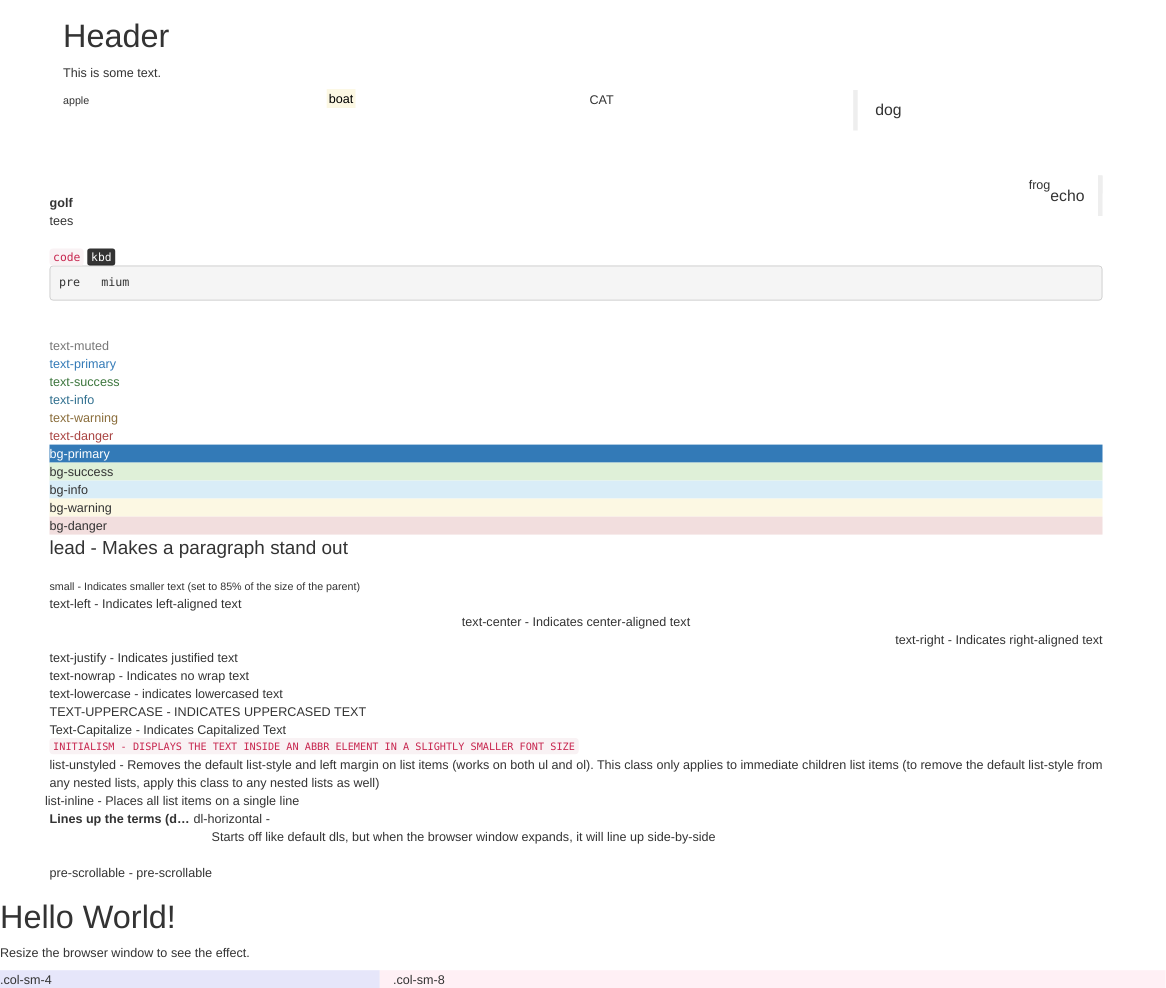
Repository: jksfoTemp/HTML5
Page: bootstrap/typography.html
The author's editor kept a record of every edit. The page is drawn from the files as they stood at one moment, then again after the next edit.
The browser window is 1280 px wide. The page is 1295 px wide, so the pictures cover 1295 px, including what lies to the right of the window. The pictures show the whole page, at 90% of full size.

Above is the page before.
Console error (its wording comes from the project's code and is left out).

### bootstrap/typography.html
<!DOCTYPE html>
<html lang="en">

<head>
    <title>Bootstrap1</title>
    <meta charset="utf-8">
    <meta name="viewport" content="width=device-width, initial-scale=1">

    <!-- Latest compiled and minified CSS -->
    <link rel="stylesheet" href="https://maxcdn.bootstrapcdn.com/bootstrap/3.3.2/css/bootstrap.min.css">

    <!-- Optional theme -->
    <link rel="stylesheet" href="https://maxcdn.bootstrapcdn.com/bootstrap/3.3.2/css/bootstrap-theme.min.css">

    <!-- Latest compiled and minified JavaScript -->
    <script src="https://maxcdn.bootstrapcdn.com/bootstrap/3.3.2/js/bootstrap.min.js" > </script>

</head>

<body>
    <div class="container">
        <h1>Header</h1>
        <p>This is some text.</p>

        <div class="row">
            <div class="col-sm-3" style=""><small>apple</small>
            </div>
            <div class="col-sm-3">
                <mark>boat</mark>
            </div>
            <div class="col-sm-3"><abbr>CAT</abbr>
            </div>
            <div class="col-sm-3">
                <blockquote>dog</blockquote>
            </div>
            &nbsp;
            <p></p>
        </div>
        <div class="row">
            <blockquote class="pull-right">echo</blockquote>
            <div class="blockquote-reverse">frog</div>
            <dl><dt>golf</dt>
                <dd>tees</dd>
            </dl>
            <code>code</code>
            <kbd>kbd</kbd>
            <pre>pre   mium</pre>
            &nbsp;<p></p>
                <div class="text-muted">text-muted</div>
                <div class="text-primary">text-primary</div>
                <div class="text-success">text-success</div>
                <div class="text-info">text-info</div>
                <div class="text-warning">text-warning</div>
                <div class="text-danger">text-danger</div>
                <div class="bg-primary">bg-primary</div>
                <div class="bg-success">bg-success</div>
                <div class="bg-info">bg-info</div>
                <div class="bg-warning">bg-warning</div>
                <div class="bg-danger">bg-danger</div>
                <div class="lead">lead - Makes a paragraph stand out </div>
                <div class="small">small - Indicates smaller text (set to 85% of the size of the parent)</div>
                <div class="text-left">text-left - Indicates left-aligned text</div>
                <div class="text-center">text-center - Indicates center-aligned text </div>
                <div class="text-right">text-right - Indicates right-aligned text </div>
                <div class="text-justify">text-justify - Indicates justified text </div>
                <div class="text-nowrap">text-nowrap - Indicates no wrap text </div>
                <div class="text-lowercase">text-lowercase - Indicates lowercased text </div>
                <div class="text-uppercase">text-uppercase - Indicates uppercased text </div>
                <div class="text-capitalize">text-capitalize - Indicates capitalized text </div>
                <div class="initialism"> <code>initialism - Displays the text inside an abbr  element in a slightly smaller font size</code></div>
                <div class="list-unstyled">list-unstyled - Removes the default list-style and left margin on list items (works on both ul and ol). This class only applies to immediate children list items (to remove the default list-style from any nested lists, apply this class
                    to any nested lists as well) </div>
                <div class="list-inline">list-inline - Places all list items on a single line </div>
                <div class="dl-horizontal"><dl>dl-horizontal - <dt>Lines up the terms (dt) and descriptions (dd) in dl elements side-by-side. </dt><dd>Starts off like default dls, but when the browser window expands, it will line up side-by-side</dd> </dl></div>
                <div class="pre-scrollable">pre-scrollable - pre-scrollable</div>
        </div>
    </div>

    <h1>Hello World!</h1>
    <p>Resize the browser window to see the effect.</p>
    <div class="row">
        <div class="col-sm-4" style="background-color:lavender;">.col-sm-4</div>
        <div class="col-sm-8" style="background-color:lavenderblush;">.col-sm-8</div>
    </div>

</body>
</html>

After the next edit:
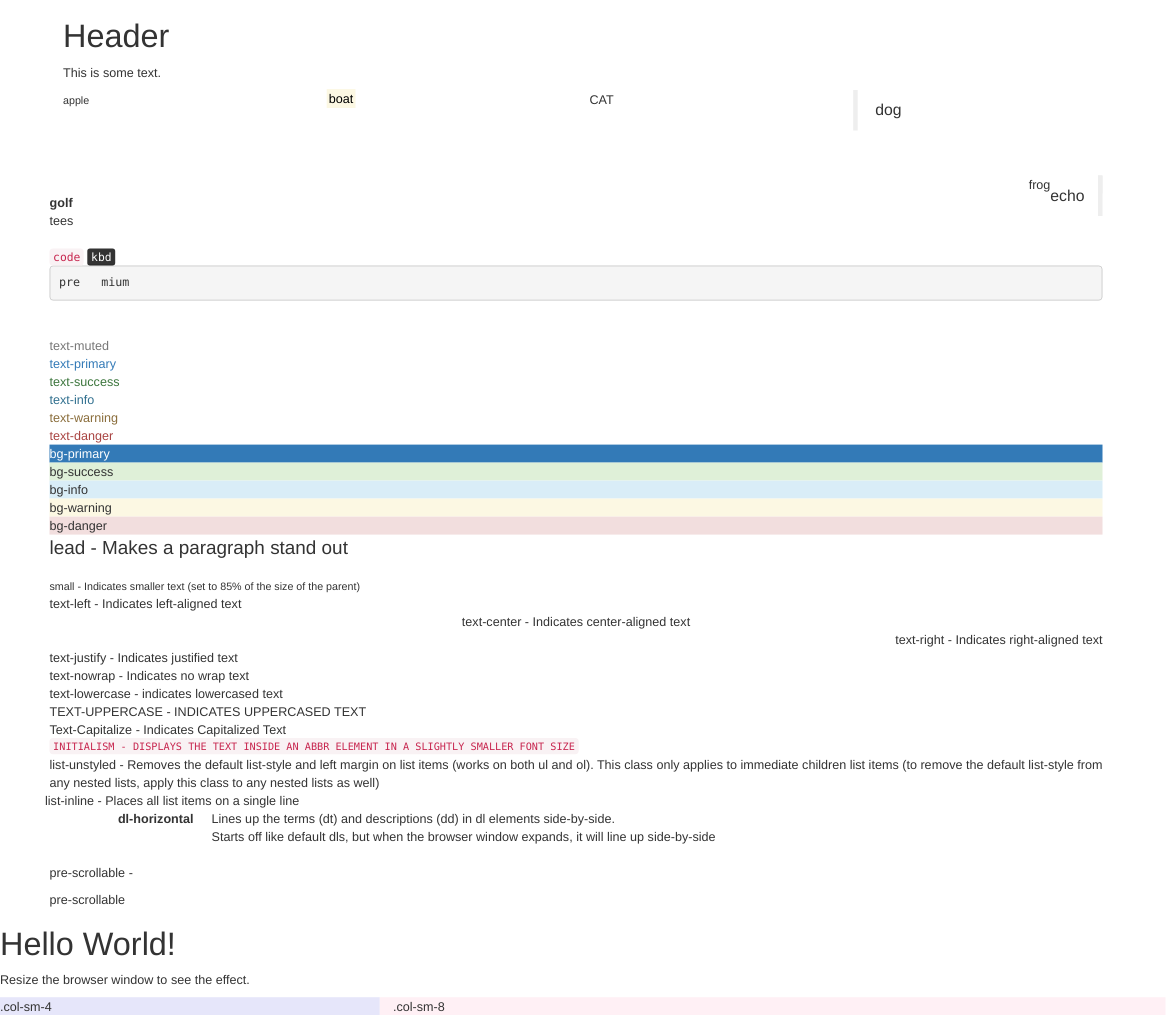
The edit:
--- a/bootstrap/typography.html
+++ b/bootstrap/typography.html
@@ -71,8 +71,8 @@
                 <div class="list-unstyled">list-unstyled - Removes the default list-style and left margin on list items (works on both ul and ol). This class only applies to immediate children list items (to remove the default list-style from any nested lists, apply this class
                     to any nested lists as well) </div>
                 <div class="list-inline">list-inline - Places all list items on a single line </div>
-                <div class="dl-horizontal"><dl>dl-horizontal - <dt>Lines up the terms (dt) and descriptions (dd) in dl elements side-by-side. </dt><dd>Starts off like default dls, but when the browser window expands, it will line up side-by-side</dd> </dl></div>
-                <div class="pre-scrollable">pre-scrollable - pre-scrollable</div>
+                <div class="dl-horizontal"><dl><dt>dl-horizontal</dt><dd>Lines up the terms (dt) and descriptions (dd) in dl elements side-by-side. <dd>Starts off like default dls, but when the browser window expands, it will line up side-by-side</dd> </dl></div>
+                <div class="pre-scrollable">pre-scrollable - &nbsp;<p></p> pre-scrollable</div>
         </div>
     </div>
 
